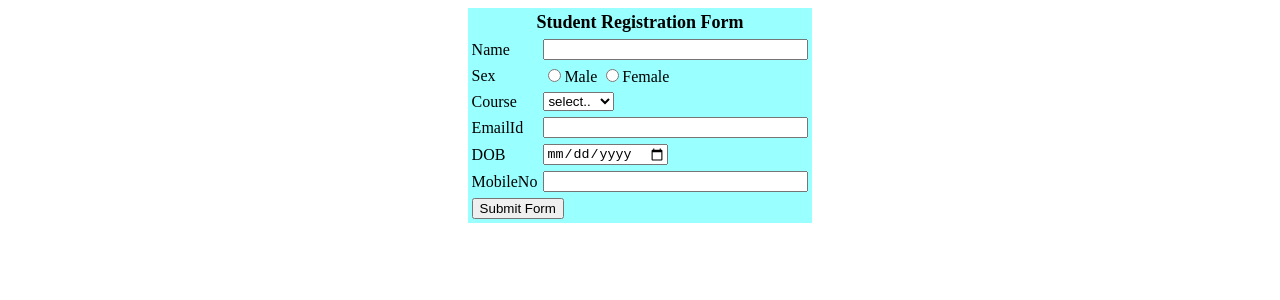
Repository: pradeep2793/DemoRepo
Page: http://localhost/GoogleLogin/WEB-INF/views/index.jsp
An editor plug-in stored every save of this project. The page is shown before and after the next save, followed by the edit.
The browser window is 1280 px wide. The pictures show the whole page.
The page is served by Tomcat 9. Nobody is signed in. Other server files are loaded and not shown. The template is opened directly, without the code that normally fills it, so the values that code supplies are empty.

Above is the page before, as saved 2021-02-24 14:02:03.

### GoogleCaptcha/GoogleLogin/src/main/webapp/WEB-INF/views/index.jsp
<%@ page trimDirectiveWhitespaces="true"%>
<%@ taglib prefix="c" uri="http://java.sun.com/jsp/jstl/core"%>
<%@ taglib prefix="form" uri="http://www.springframework.org/tags/form"%>
<%@ page isELIgnored="false"%>

<html>
<title>Add Stduent</title>
<body>
	<form action="save-form" method="post">
		<table cellpadding="2" width="20%" bgcolor="99FFFF" align="center"
			cellspacing="2">

			<tr>
				<td colspan=2>
					<center>
						<font size=4><b>Student Registration Form</b></font>
					</center>
				</td>
			</tr>

			<tr>
				<td>Name</td>
				<td><input type=text name=textnames id="textname" size="30"></td>
			</tr>

			<tr>
				<td>Sex</td>
				<td><input type="radio" name="sex" value="male" size="10">Male
					<input type="radio" name="sex" value="Female" size="10">Female</td>
			</tr>

			<tr>
				<td>Course</td>
				<td><select name="Course">
						<option value="-1" selected>select..</option>
						<option value="B.Tech">B.TECH</option>
						<option value="MCA">MCA</option>
						<option value="MBA">MBA</option>
						<option value="BCA">BCA</option>
				</select></td>
			</tr>

			<tr>
				<td>EmailId</td>
				<td><input type="text" name="emailid" id="emailid" size="30"></td>
			</tr>

			<tr>
				<td>DOB</td>
				<td><input type="date" name="dob" id="dob" size="30"></td>
			</tr>

			<tr>
				<td>MobileNo</td>
				<td><input type="text" name="mobileno" id="mobileno" size="30"></td>
			</tr>
			<tr>
				<td colspan="2"><input type="submit" value="Submit Form" /></td>
			</tr>
		</table>
	</form>
</body>
</html>

After the next save:
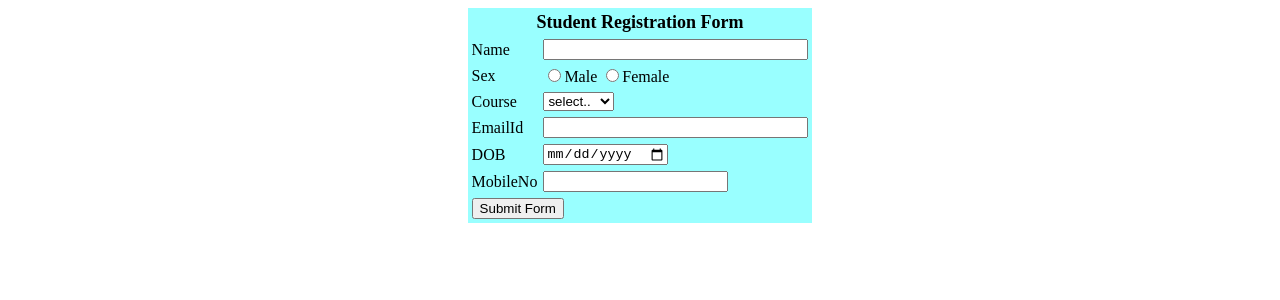
Saved 2 min 37 s later.
--- a/GoogleCaptcha/GoogleLogin/src/main/webapp/WEB-INF/views/index.jsp
+++ b/GoogleCaptcha/GoogleLogin/src/main/webapp/WEB-INF/views/index.jsp
@@ -52,7 +52,7 @@
 
 			<tr>
 				<td>MobileNo</td>
-				<td><input type="text" name="mobileno" id="mobileno" size="30"></td>
+				<td><input type="number" name="mobileno" id="mobileno" size="30"></td>
 			</tr>
 			<tr>
 				<td colspan="2"><input type="submit" value="Submit Form" /></td>
